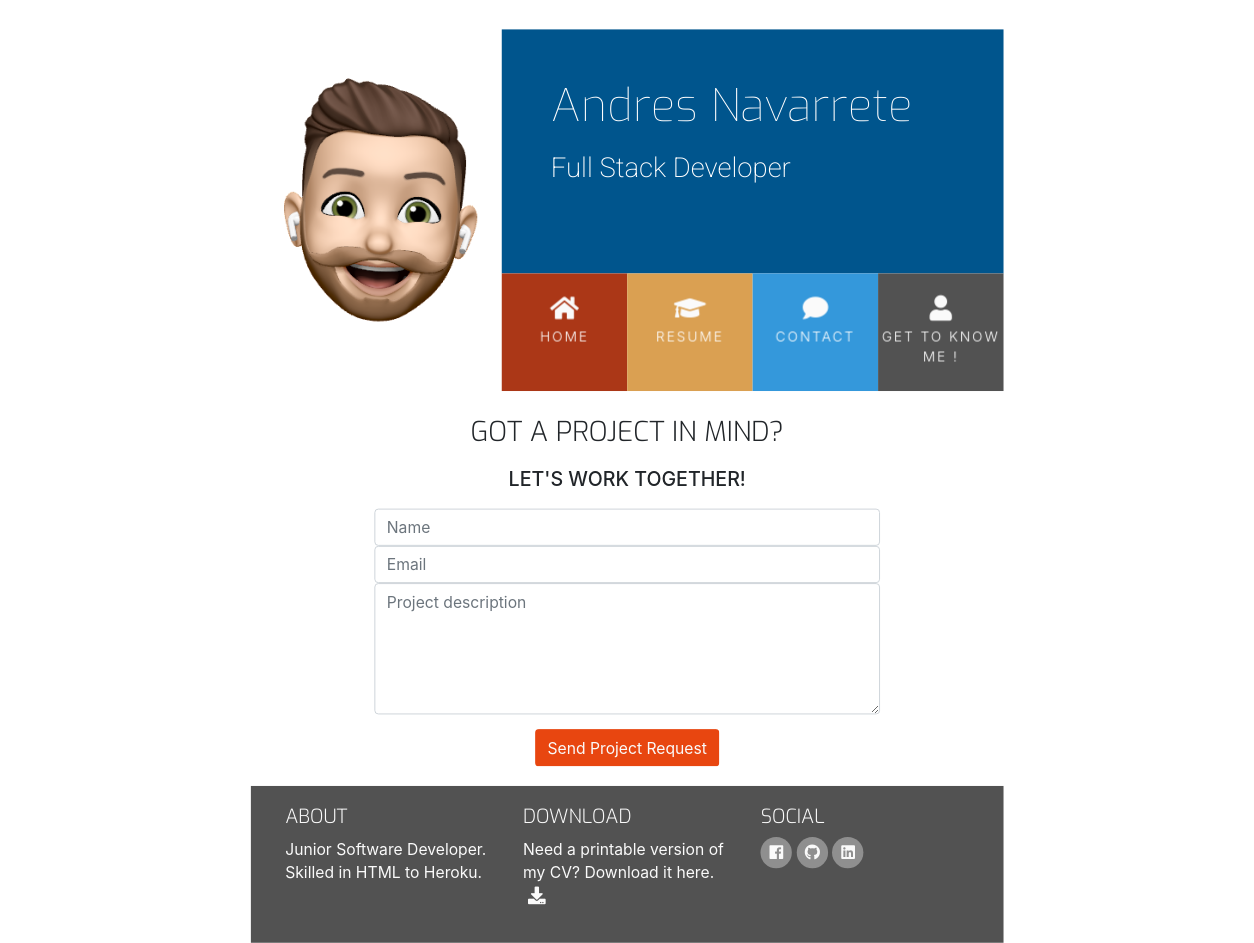
Repository: andna5980/cloud9-workspace
Page: contact.html
An editor plug-in stored every save of this project. The page is shown before and after the next save, followed by the edit.
The browser window is 1280 px wide. The pictures show the whole page, at 98% of full size.
Some web libraries are served in a nearby version.

Above is the page before, as saved 2022-04-25 12:13:04.
Console error: ReferenceError: emailjs is not defined

### contact.html
<!DOCTYPE html>
<html lang="en">
<head>
    <title>Andy's CV</title>
    <meta name="description" content="Digital CV for Andres Navarrete">
    <meta charset="UTF-8">
    <meta name="viewport" content="width=device-width, initial-scale=1.0">
    <link rel="stylesheet" href="https://maxcdn.bootstrapcdn.com/bootstrap/4.2.1/css/bootstrap.min.css" type="text/css"/>
    <link rel="stylesheet" href="https://use.fontawesome.com/releases/v5.0.10/css/all.css" integrity="sha384-+d0P83n9kaQMCwj8F4RJB66tzIwOKmrdb46+porD/OvrJ+37WqIM7UoBtwHO6Nlg" crossorigin="anonymous"/>
    <link rel="stylesheet" href="https://cdnjs.cloudflare.com/ajax/libs/hover.css/2.3.1/css/hover-min.css">
    <link rel="stylesheet" href="./resume-project/assets/css/style.css" type="text/css">
    <script type="text/javascript"
        src="https://cdn.jsdelivr.net/npm/emailjs-com@2/dist/email.min.js">
    </script>
    <script type="text/javascript">
        (function(){
            emailjs.init("user_CwUswiMCE5gN6h6eXHbjb");
        })();
    </script>
</head>

<body>
    <header>
        <div class="row no-gutters">
            <a href="index.html"  class="col-md-4 logo">

            </a>
            <div class="col-md-8">
                <div class="row no-gutters bg-color-name-title">
                    <div class="col heading">
                        <h1 class="name">Andres Navarrete</h1>
                        <h2 class="title">Full Stack Developer</h2>

                    </div>
                </div>
                <div class="row no-gutters">
                    <div class="col">
                        <ul id="nav" class="list-inline menucontainer">
                            <li class="col-6 col-sm-3 ui-menu-color-home list-inline-item menuitem">
                                <a href="index.html" class="hvr-sweep-to-bottom"><i class="fa fa-home"
                                        aria-hidden="true"></i><span>Home</span></a>
                            </li>
                            <li class="col-6 col-sm-3 ui-menu-color-resume list-inline-item menuitem">
                                <a href="resume.html" class="hvr-sweep-to-bottom"><i class="fa fa-graduation-cap"
                                        aria-hidden="true"></i><span>Resume</span></a>
                            </li>
                            <li class="col-6 col-sm-3 ui-menu-color-contact list-inline-item menuitem">
                                <a href="contact.html" class="hvr-sweep-to-bottom"><i class="fa fa-comment"
                                        aria-hidden="true"></i><span>Contact</span></a>
                            </li>
                            <li class="col-6 col-sm-3 ui-menu-color-download list-inline-item menuitem">
                                <a href="https://chats.landbot.io/v3/H-1223319-CFWOQLCQKLJZC8VA/index.html" target="_blank" class="hvr-sweep-to-bottom"><i class="fa fa-user"
                                    aria-hidden="true"></i><span>Get to know me !</span></a>
                            </li>
                        </ul>
                    </div>
                </div>

            </div>
        </div>

    </header>

    <section class="container-fluid">
        <div class="row bg-color-contact">
            <div class="col">
                <h3 class="contact-heading uppercase text-center">Got a project in mind?</h3>
                <h5 class="uppercase text-center">Let's work together!</h5>

                <div class="center-form">
                    <form onsubmit="return sendMail(this);">
                           <input type="text" name="name" id="fullname" class="form-control" placeholder="Name" required/>
                           <input type="text" name="emailaddress" id="emailaddress" class="form-control" placeholder="Email" required/>
                           <textarea rows="5" name="projectsummary" id="projectsummary" class="form-control" placeholder="Project description" required></textarea>
                           <div class="form-row text-center">
                               <div class="col">
                                   <button type="submit" class="btn btn-seconday">Send Project Request</button>
                               </div>
                           </div>

                    </form>
                </div>
            </div>
        </div>
    </section>



<footer class="container-fluid">
        <div id="footer-details" class="row">
            <div class="col-sm-4">
                <h5 class="uppercase general-sub">About</h5>
                <p class="inline-block">
                    Junior Software Developer.
                    Skilled in HTML to Heroku.
                </p>
            </div>
            <div class="col-sm-4">
                <h5 class="uppercase general-sub">Download</h5>
                <p class="inline-block">
                    Need a printable version of my CV? Download it here.
                    <a href="/resume-project/assets/cv/Rodrigo-Andres-Navarrete-cv-2022.pdf" target="_blank" class="cv-pdf">
                        <i class="fa fa-download" aria-hidden="true"></i>
                        <span class="sr-only">Download</span>
                    </a>
                </p>

            </div>
            <div class="col-sm-4">
                <h5 class="uppercase general-sub">Social</h5>
                <ul class="list-inline social-links">
                    <li class="list-inline-item">
                        <a target="_blank" href="#">
                            <i class="fab fa-facebook" aria-hidden="true"></i>
                            <span class="sr-only">Facebook</span>
                        </a>
                    </li>

                    <li class="list-inline-item">
                        <a target="_blank" href="https://github.com/andna5980">
                            <i class="fab fa-github" aria-hidden="true"></i>
                            <span class="sr-only">Github</span>
                        </a>
                    </li>
                    <li class="list-inline-item">
                        <a target="_blank" href="https://www.linkedin.com/in/andres-navarrete-barrios-6aa631101/">
                            <i class="fab fa-linkedin" aria-hidden="true"></i>
                            <span class="sr-only">LinkedIn</span>
                        </a>
                    </li>
                </ul>
            </div>
        </div>

    </footer>
    <script src="./resume-project/assets/js/sendEmail.js"></script>
</body>

</html>

### resume-project/assets/css/style.css
@import url('https://fonts.googleapis.com/css?family=Roboto:100,200,300,400,500,600,700|Exo:100,200,300,400,500,600,700');



/*-------------------------------------------------Colours */

.bg-color-name-title {
    background-color: #00558D;

}

.bg-color-three-reasons {
    background-color: #fff;
}

.bg-color-personal-info {
    background-color: #f4f4f4;
}

.bg-color-work-history {
    background-color: #00558D;
}

bg-color-contact {
    background-color: #fff;
}

.ui-menu-color-home{
    background-color: #AB3717;

}
.ui-menu-color-resume{
    background-color: #DAA052;

}
.ui-menu-color-contact{
    background-color: #3498db;

}
.ui-menu-color-download{
    background-color: #525252;

}

.row-table {
    display: table;
}

.section-column {
    display: table-cell;
    padding: 0 30px 30px;
    float: none;
}

.section-heading {
    font-family: "Exo", sans-serif;
    font-weight: 300;
    margin-top: 25px;
    margin-bottom: 40px;
}
/*-------------------------------------------------Special paddings/margins/text */


h1,h2,h3,h4 {
    margin: 0;
}

.uppercase {
    text-transform: uppercase;
}


.general-sub {
    font-family: "Exo", sans-serif;
    font-weight: 300;
    color: #fafafa;
}

.inline-block {
    display: inline-block;
}

.row-table {
    display: table;
}

.section-column {
    display: table-cell;
    padding: 0 30px 30px;
    float: none;
}

.history-heading,
.section-heading {
    font-family: "Exo", sans-serif;
    font-weight: 300;
    margin-top: 25px;
    margin-bottom: 40px;
}

/*-------------------------------------------------Headings */

header {
    margin: 0;
}

.heading{
    margin-left: 50px;
}

.logo {
    background: url("../images/memoji2.PNG");
    background-position: center;
    background-repeat: no-repeat;
    background-size: cover;
    min-height: 350px;
    transition: all .5s ease-in-out;
    -moz-transition:  all .5s ease-in-out;
    -webkit-transition: all .5s ease-in-out;
}

.name {
    font-family: "Exo", sans-serif;
    font-weight: 100;
    font-size: 46px;
    margin-top: 50px;
    color: #ffffff;
}

.title {
    font-family: "Roboto", sans-serif;
    font-weight: 200;
    font-size: 28px;
    margin-top: 20px;
    margin-bottom: 90px;
    color: #ffffff;
}


.list-inline-item:not(:last-child) {
    margin: 0;
}

.menucontainer {
    font-size: 0;
}

#nav {
    margin: 0;
}

#nav li {
    font-size: 14px;
    padding: 0;
}

.menuitem {
    height: 120px;
    text-align: center;
    padding: 0;

}

.menuitem a {
    width: 100%;
    text-decoration: none;
    color: #ffffff;
    height: 120px;
}

.menuitem a i{
    padding-top: 22px;
    display: block;
    color: #fafafa;
    font-size: 26px;

}

.menuitem span {
    display: block;
    width: 100%;
    padding-top: 5px;
    text-align: center;
    text-transform: uppercase;
    font-size: 14px;
    font-weight: 300;
    letter-spacing: 2px;
}

/*-------------------------------------------------Hover.css */

.hvr-sweep-to-bottom:before {
    background: rgba(0, 0, 0, 0.2);
    height: 120px;
}


/*-------------------------------------------------Footer */

footer {
    background-color: #525252;
    color: #fafafa;
    min-height: 120px;
    margin: 0;
}

.cv-pdf i {
    font-size: 18px;
    color: #fafafa;
    text-align: center;
    padding-left: 5px;
    transition: all 0.35s ease-in-out;
    -moz-transition: all 0.35s ease-in-out;
    -webkit-transition: all 0.35s ease-in-out;
    -o-transition: all 0.35s ease-in-out;
}

.cv-pdf i:hover {
    color: #e84610;
}

.social-links {
    padding-bottom: 15px;
}

.social-links li a i {
    width: 32px;
    height: 32px;
    padding: 12px 0;
    border-radius: 50%;
    line-height: 7px;
    text-align: center;
    color: #fafafa;
    background: #8f8f8f;
    transition: all 0.35s ease-in-out;
    -moz-transition: all 0.35s ease-in-out;
    -webkit-transition: all 0.35s ease-in-out;
    -o-transition: all 0.35s ease-in-out;
}

.social-links li a i:hover {
    background: #e84610;
}

#footer-details {
    padding: 20px;
}


/*-------------------------------------------------Three reasons */


.three-reasons-icon {
    font-size: 26px;
    color: #e67e22;
}

.three-reasons-heading {
    margin-bottom: 15px;

}

/* ----------------------------------------Personal Info */

.personal-info-item {
    margin-bottom: 20px;
    display: block;
    clear: both;
}

.personal-info-item .key,
.personal-info-item .value {
    padding-right: 8px;
    display: inline-block;
}

.personal-info-item .key p,
.personal-info-item .value p {
    margin: 0;
}

.personal-info-item .key {
    width: 30%;
    margin-right: 21px;
    padding-top: 2px;
    vertical-align: top;
}

.personal-info-item .key p {
    font-weight: 700;
}

.personal-info-item .value {
    position: relative;
    width: 60%;
}


/* ----------------------------------------Skills */

.progress {
    position: relative;
    height: 25px;
    margin-bottom: 4px;
}

.progress-type {
    position: absolute;
    left: 0px;
    font-weight: 400;
    padding: 3px 30px 2px 10px;
    color: #fafafa;
    background-color: rgba(25, 25, 25, 0.2);
}

.progress-section {
    margin: 40px 20px;
}


/* ----------------------------------------Work History */

.history-heading {
    color: #fafafa;
    margin-bottom: 50px;
}

.timeline-item {
    padding: 4em 2em 0em 2em;
    position: relative;
    color: #fafafa;
    border-left: 1px solid;
}

.timeline-item p {
    padding: 0;
    margin: 0;
}

.timeline-item:before {
    content: attr(data-dates);
    position: absolute;
    left: 2.5em;
    top: 3em;
    display: block;
    font-family: "Exo", sans-serif;
    font-weight: 500;
    font-size: 0.8em;
    padding: 0;
    margin: 0;
}

.timeline-item:after {
    width: 12px;
    height: 12px;
    display: block;
    top: 2.4em;
    position: absolute;
    left: -6px;
    border-radius: 12px;
    content: '';
    background: #fafafa;
}

.history-items {
    margin-bottom: 30px;
}


/* ----------------------------------------Contact Form */

.contact-heading {
    font-family: "Exo", sans-serif;
    font-weight: 300;
    margin-top: 25px;
    margin-bottom: 20px;
}

.center-form {
    padding-top: 10px;
    margin: 0 auto;
    max-width: 70%;
}

button[type="submit"] {
    margin-top: 15px;
    margin-bottom: 20px;
    color: #fafafa;
    background-color: #e84610;
}

/* ----------------------------------------Media Queries */

@media(min-width: 992px) {
    center-form {
        padding-top: 30px;
        min-height: 240px;
        margin: 0 auto;
        max-width: 50%;
    }
}

@media(min-width: 992px) and (max-width: 9000px) {
    body {
        padding-top: 30px;
        min-height: 240px;
        margin: 0 20% auto 20%;
        max-width: 90%;
    }
}

### resume-project/assets/js/sendEmail.js
console.log("hello email")
function sendMail(contactForm) {
    emailjs.send("gmail", "andres", {
        "from_name": contactForm.name.value,
        "from_email": contactForm.emailaddress.value,
        "project_request": contactForm.projectsummary.value

    })
    .then(
        function(response) {
            console.log("SUCCESS", response);
        },
        function (error)  {
            console.log("FAILED", error);
        }
    );
    return false; // To block from loading a new page

}

After the next save:
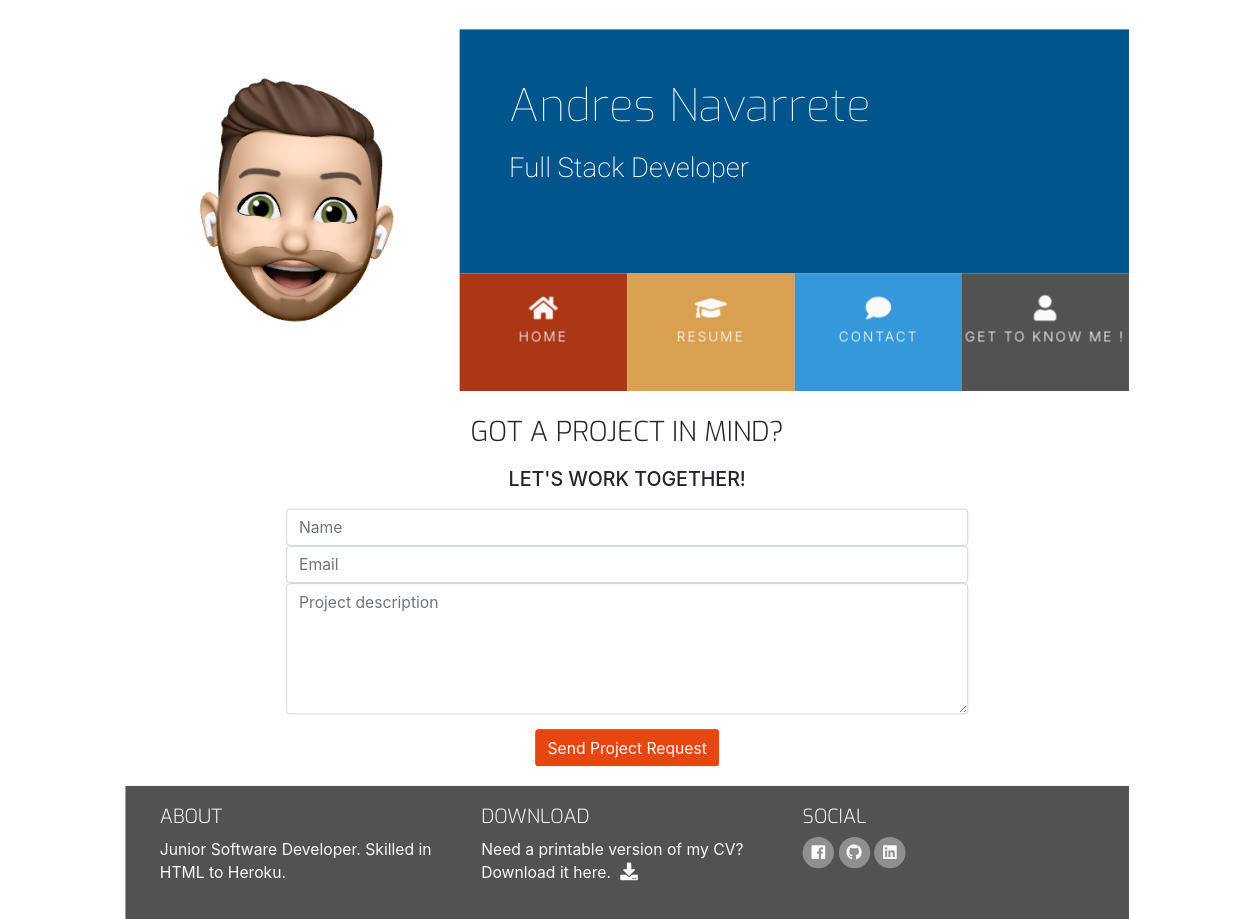
Saved 47 s later.
--- a/resume-project/assets/css/style.css
+++ b/resume-project/assets/css/style.css
@@ -404,7 +404,7 @@
     body {
         padding-top: 30px;
         min-height: 240px;
-        margin: 0 20% auto 20%;
+        margin: 0 10% auto 10%;
         max-width: 90%;
     }
 }
